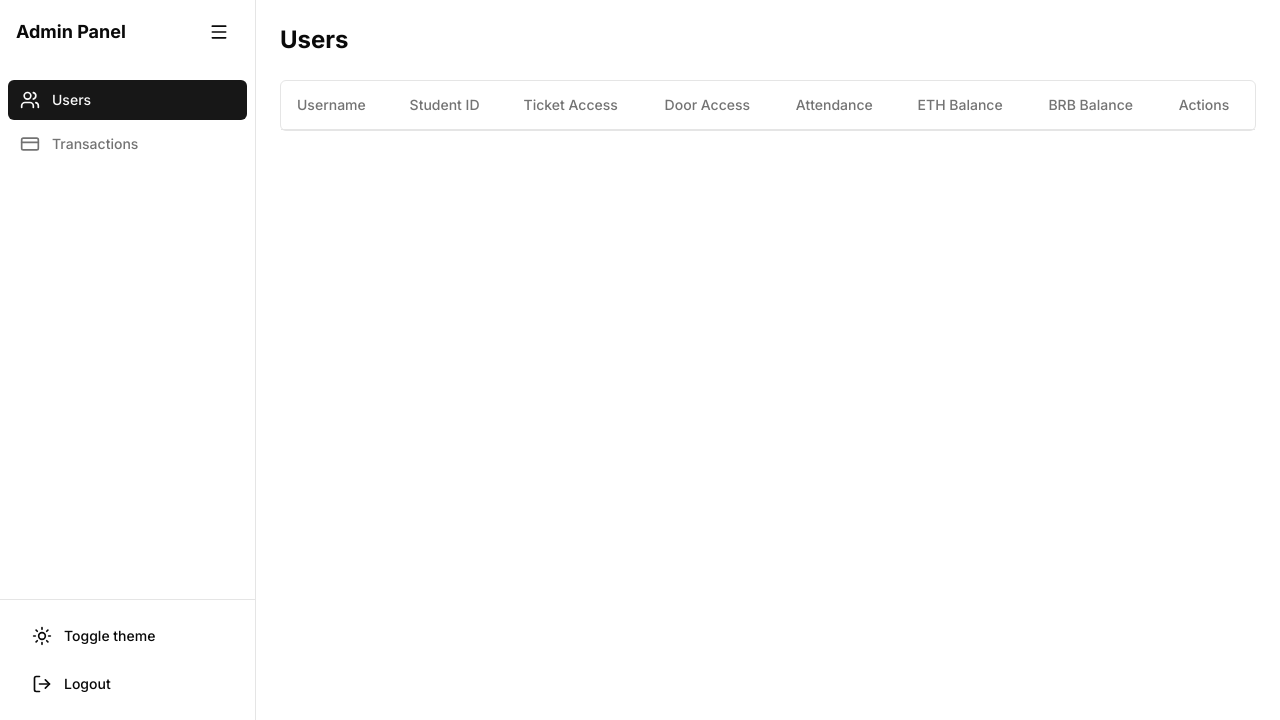
Repository: sahibjotsingh05/unicrypt
Page: /dashboard/users (app in web-server/admin_server/)
These files come from the project's save history. The page is drawn as it stood at one moment and after the next save; the edit follows.
The browser window is 1280 px wide. The pictures show the whole page.
The page's requests for data from a server got no answer. The project was rebuilt for these pictures with package versions that can differ from the ones it lists, and the page was loaded fresh each time. The framework's server and built-in components were replaced by stand-ins that run in the browser. No one was signed in, and anything a server would have sent is missing. Also part of the build but not shown: web-server/admin_server/next.config.js, web-server/admin_server/components/ui/input.tsx.

Above is the page before, as saved 2025-02-17 01:43:09.

After the next save:
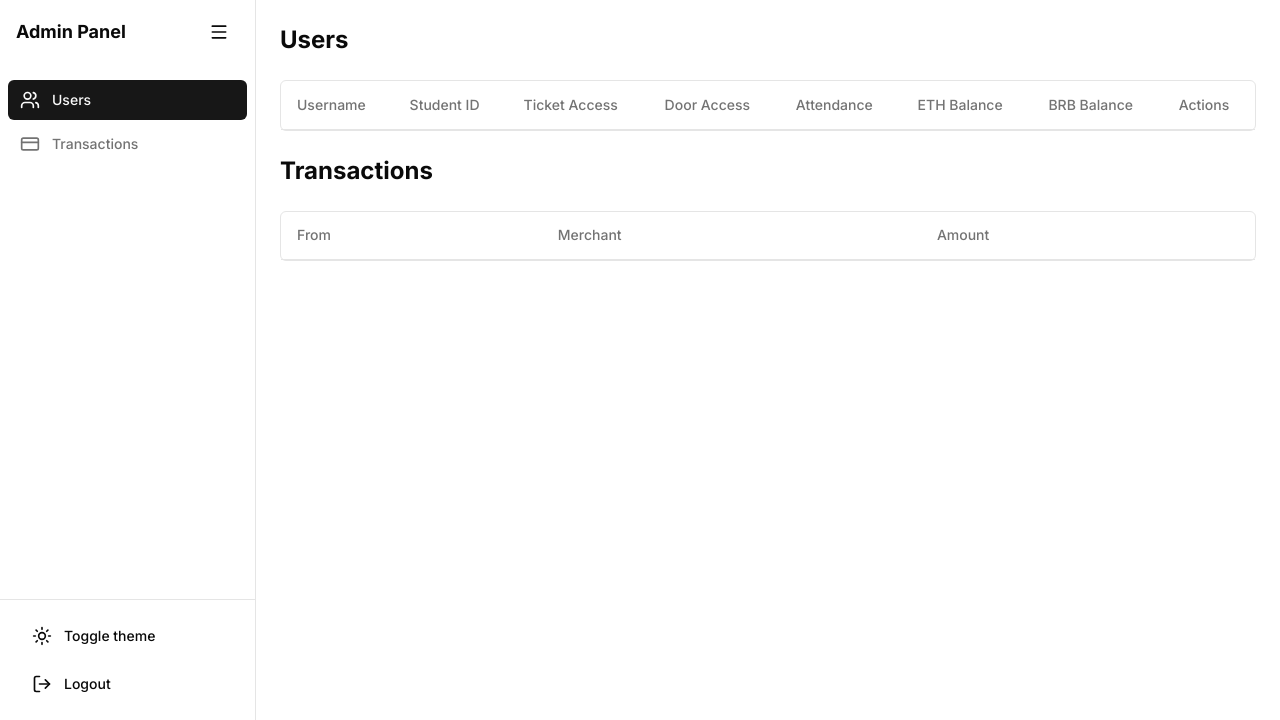
Saved 8 min 19 s later.
--- a/web-server/admin_server/app/dashboard/users/page.tsx
+++ b/web-server/admin_server/app/dashboard/users/page.tsx
@@ -31,14 +31,22 @@
 	username: string;
 }
 
+interface Transaction {
+	from: string;
+	merchant: string;
+	amount: string;
+}
+
 export default function UsersPage() {
 	const [users, setUsers] = useState<UserAssets[]>([]);
 	const [loading, setLoading] = useState(true);
 	const [editingId, setEditingId] = useState<string | null>(null);
 	const [newStudentId, setNewStudentId] = useState("");
+	const [transactions, setTransactions] = useState<Transaction[]>([]);
 
 	useEffect(() => {
 		fetchData();
+		fetchTransactions();
 	}, []);
 
 	const fetchData = async () => {
@@ -122,6 +130,29 @@
 		}
 	};
 
+	const fetchTransactions = async () => {
+		try {
+			const timestamp = new Date().getTime();
+			const { data } = await axios.get(
+				`http://3.94.208.17:2000/transactions?t=${timestamp}`,
+				{
+					headers: {
+						"Cache-Control": "no-cache",
+						Pragma: "no-cache",
+						Expires: "0",
+					},
+				}
+			);
+
+			if (data.success) {
+				setTransactions(data.transactions);
+			}
+		} catch (error) {
+			console.error("Failed to fetch transactions:", error);
+			toast.error("Failed to fetch transactions");
+		}
+	};
+
 	const handleUpdateStudentId = async (username: string, newId: string) => {
 		try {
 			const currentUser = users.find((u) => u.username === username);
@@ -183,8 +214,8 @@
 			// Wait a brief moment to ensure the backend has processed the update
 			await new Promise((resolve) => setTimeout(resolve, 100));
 
-			// Then fetch fresh data
-			await fetchData();
+			// Fetch fresh data for both users and transactions
+			await Promise.all([fetchData(), fetchTransactions()]);
 
 			toast.success("Access updated successfully");
 		} catch (error) {
@@ -314,6 +345,30 @@
 					</TableBody>
 				</Table>
 			</div>
+
+			<div className="space-y-6 mt-8">
+				<h2 className="text-2xl font-bold">Transactions</h2>
+				<div className="rounded-md border">
+					<Table>
+						<TableHeader>
+							<TableRow>
+								<TableHead>From</TableHead>
+								<TableHead>Merchant</TableHead>
+								<TableHead>Amount</TableHead>
+							</TableRow>
+						</TableHeader>
+						<TableBody>
+							{transactions.map((transaction, index) => (
+								<TableRow key={index}>
+									<TableCell>{transaction.from}</TableCell>
+									<TableCell>{transaction.merchant}</TableCell>
+									<TableCell>{transaction.amount}</TableCell>
+								</TableRow>
+							))}
+						</TableBody>
+					</Table>
+				</div>
+			</div>
 		</div>
 	);
 }

After the save that followed:
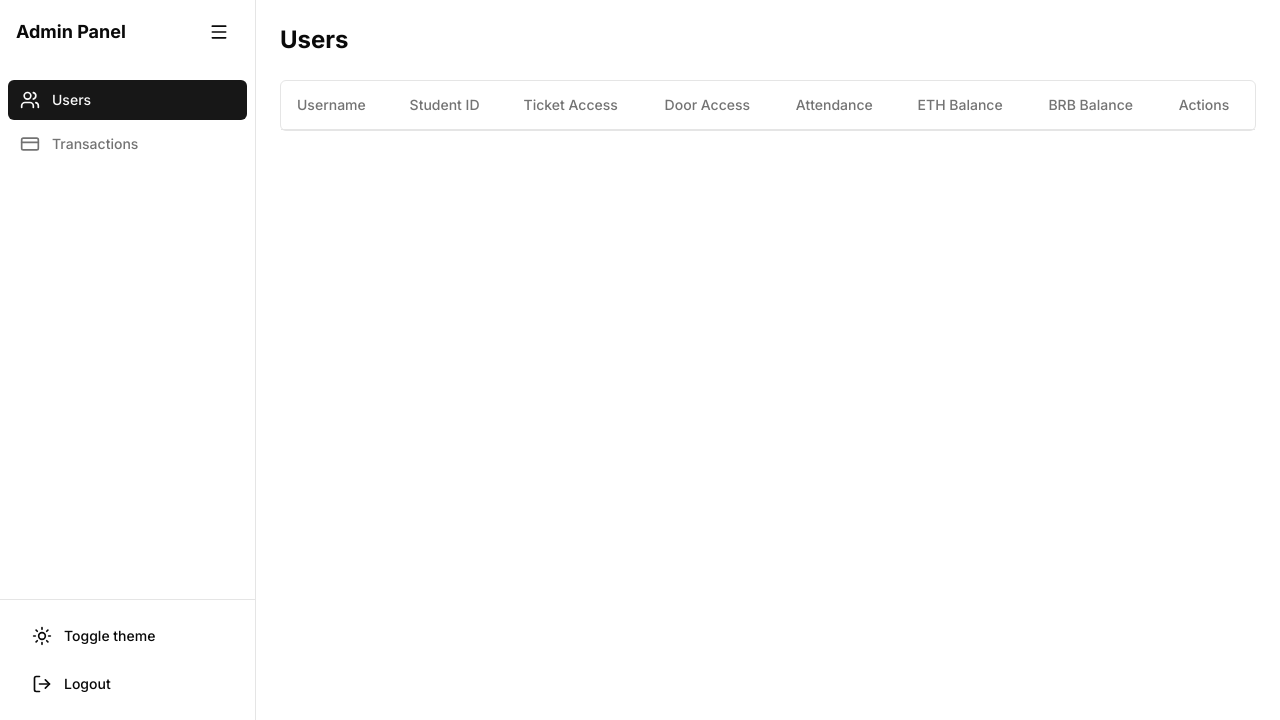
Saved 33 s later.
--- a/web-server/admin_server/app/dashboard/users/page.tsx
+++ b/web-server/admin_server/app/dashboard/users/page.tsx
@@ -31,22 +31,14 @@
 	username: string;
 }
 
-interface Transaction {
-	from: string;
-	merchant: string;
-	amount: string;
-}
-
 export default function UsersPage() {
 	const [users, setUsers] = useState<UserAssets[]>([]);
 	const [loading, setLoading] = useState(true);
 	const [editingId, setEditingId] = useState<string | null>(null);
 	const [newStudentId, setNewStudentId] = useState("");
-	const [transactions, setTransactions] = useState<Transaction[]>([]);
 
 	useEffect(() => {
 		fetchData();
-		fetchTransactions();
 	}, []);
 
 	const fetchData = async () => {
@@ -130,29 +122,6 @@
 		}
 	};
 
-	const fetchTransactions = async () => {
-		try {
-			const timestamp = new Date().getTime();
-			const { data } = await axios.get(
-				`http://3.94.208.17:2000/transactions?t=${timestamp}`,
-				{
-					headers: {
-						"Cache-Control": "no-cache",
-						Pragma: "no-cache",
-						Expires: "0",
-					},
-				}
-			);
-
-			if (data.success) {
-				setTransactions(data.transactions);
-			}
-		} catch (error) {
-			console.error("Failed to fetch transactions:", error);
-			toast.error("Failed to fetch transactions");
-		}
-	};
-
 	const handleUpdateStudentId = async (username: string, newId: string) => {
 		try {
 			const currentUser = users.find((u) => u.username === username);
@@ -214,8 +183,8 @@
 			// Wait a brief moment to ensure the backend has processed the update
 			await new Promise((resolve) => setTimeout(resolve, 100));
 
-			// Fetch fresh data for both users and transactions
-			await Promise.all([fetchData(), fetchTransactions()]);
+			// Then fetch fresh data
+			await fetchData();
 
 			toast.success("Access updated successfully");
 		} catch (error) {
@@ -345,30 +314,6 @@
 					</TableBody>
 				</Table>
 			</div>
-
-			<div className="space-y-6 mt-8">
-				<h2 className="text-2xl font-bold">Transactions</h2>
-				<div className="rounded-md border">
-					<Table>
-						<TableHeader>
-							<TableRow>
-								<TableHead>From</TableHead>
-								<TableHead>Merchant</TableHead>
-								<TableHead>Amount</TableHead>
-							</TableRow>
-						</TableHeader>
-						<TableBody>
-							{transactions.map((transaction, index) => (
-								<TableRow key={index}>
-									<TableCell>{transaction.from}</TableCell>
-									<TableCell>{transaction.merchant}</TableCell>
-									<TableCell>{transaction.amount}</TableCell>
-								</TableRow>
-							))}
-						</TableBody>
-					</Table>
-				</div>
-			</div>
 		</div>
 	);
 }
